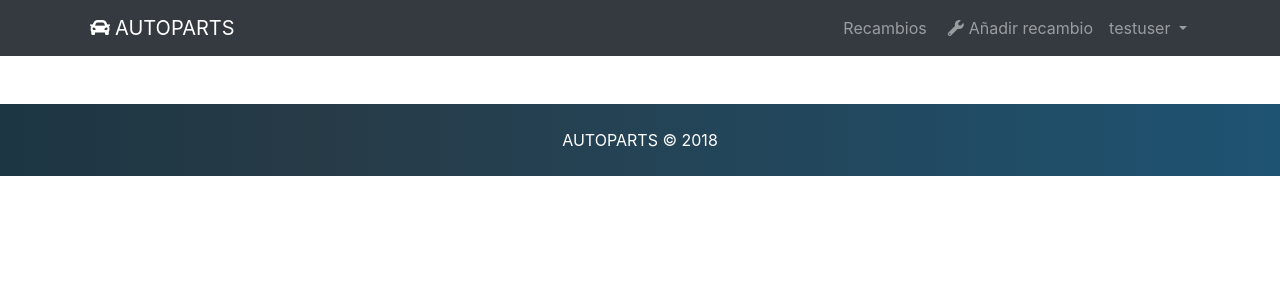
Repository: VictorinoBF97/ProjectPHP
Page: http://localhost/project/my_lists/index.php
The author's editor kept a copy of each file at every save. The page is drawn from the files as they stood at one save, then again after a run of saves.
The browser window is 1280 px wide. The pictures show the whole page.
Some icons come from a web library that is not loaded, so they are not drawn. Some web libraries are served in a nearby version. The page is run by PHP 8.4 with error messages shown; the project is at /var/www/html/. The session is filled in as if someone had signed in: {"usuario": {"id": 1, "_id": "000000000000000000000001", "name": "Test User", "username": "testuser", "email": "test@example.com", "role": "admin"}}. Other server files are loaded and not shown. Queries for data that is not in the repository find no rows.

Above is the page before, as saved 2018-11-28 17:04:27.

### my_lists/index.php
<?php
require_once '../setup.php';
require_once '../database/conexion.php';
require_once '../database/helpers.php';

// Comprobar que la sesión está creada
if ( empty($_SESSION) ){
    header("Location: ".BASE_URL.'login');
    die();
}

$user_id = $_SESSION['usuario']['id'];
$sql_lists = "SELECT * FROM lists WHERE user_id = $user_id";
$result_lists = mysqli_query($db, $sql_lists);
require_once 'my_lists.view.php';

### setup.php
<?php
define('BASE_URL', $_SERVER['REQUEST_SCHEME']."://".$_SERVER['HTTP_HOST']."/".'project/');
define('BASE_PATH', __DIR__);

// Conexión a la BD
define('DB_HOST', "localhost");
define('DB_USER', "root");
define('DB_PASS', "");
define('DB_NAME', "projectdb");

// Iniciar Sesión
session_start();

?>

### database/conexion.php
<?php
//Recibe un servidor, el usuario,contraseña
$db = mysqli_connect(DB_HOST, DB_USER, DB_PASS, DB_NAME);

// if(mysqli_connect_errno()){
//     die("No hemos realizado correctamente la conexión a la BD");
// }else{
//     die("La conexión ha sido un éxito Houston");
// }


mysqli_query($db, "SET NAMES 'utf8'"); //Lanza una consulta
?>

### database/helpers.php
<?php
/**
 * Función que guarda información sobre el resultado
 * de los logins en la aplicación.
 */

function guardarLogin($db, $username, $status){
    if (!empty($_SERVER['HTTP_CLIENT_IP']))   //check ip from share internet
    {
        $ip=$_SERVER['HTTP_CLIENT_IP'];
    }
    elseif (!empty($_SERVER['HTTP_X_FORWARDED_FOR']))   //to check ip is pass from proxy
    {
        $ip=$_SERVER['HTTP_X_FORWARDED_FOR'];
    }
    else
    {
        $ip=$_SERVER['REMOTE_ADDR'];
    }
    $browser = $_SERVER['HTTP_USER_AGENT'];
    $sql = "INSERT INTO logins VALUES(NULL, '$username', '$ip', '$browser', '$status', NOW())";
    $guardar_login = mysqli_query($db, $sql);
}

/**
 * Detect if a user owns a list.
 *
 * @param $db Database connection.
 * @param $user_id User id.
 * @param $list_id List id.
 */
function userOwnsList($db, $user_id, $list_id) {
    $sql = "SELECT * FROM lists WHERE id = $list_id AND user_id = $user_id LIMIT 1";
    $result = mysqli_query($db, $sql);
    if( mysqli_num_rows($result) == 0 ){
        return false;
    }
    return true;
}
/**
 * Detect if a item belongs to a list.
 *
 * @param $db Database connection.
 * @param $item_id Item id.
 * @param $list_id List id.
 */
function itemBelongsToList($db, $item_id, $list_id) {
    $sql = "SELECT * FROM items WHERE id = $item_id AND list_id = $list_id LIMIT 1";
    $result = mysqli_query($db, $sql);
    if( mysqli_num_rows($result) == 0 ){
        return false;
    }
    return true;
}

### my_lists/my_lists.view.php
<?php
    require_once '../setup.php';
    require_once '../includes/header.php';
?>
<div class="container">
    <div class="offset-3 col-6 pt-4 pb-4">

    </div>
</div>
<?php require_once '../includes/footer.php'; ?>

### includes/header.php
<!doctype html>
<html lang="es">
  <head>
    <!-- Required meta tags -->
    <meta charset="utf-8">
    <meta name="viewport" content="width=device-width, initial-scale=1, shrink-to-fit=no">

    <!-- Bootstrap CSS -->
    <link rel="stylesheet" href="https://stackpath.bootstrapcdn.com/bootstrap/4.1.3/css/bootstrap.min.css" integrity="sha384-MCw98/SFnGE8fJT3GXwEOngsV7Zt27NXFoaoApmYm81iuXoPkFOJwJ8ERdknLPMO" crossorigin="anonymous">
    <link rel="stylesheet" href="https://use.fontawesome.com/releases/v5.5.0/css/all.css" integrity="sha384-B4dIYHKNBt8Bc12p+WXckhzcICo0wtJAoU8YZTY5qE0Id1GSseTk6S+L3BlXeVIU" crossorigin="anonymous">
    <link rel="stylesheet" href="<?=BASE_URL?>css/style.css">

    <title>Autoparts</title>

  </head>

  <body>
  <!-- Header -->
  <nav class="navbar navbar-expand-lg navbar-dark bg-dark">
    <div class="container">
      <a class="navbar-brand" href="<?=BASE_URL?>">
      <i class="fas fa-car"></i>AUTOPARTS
      </a>
  <button class="navbar-toggler" type="button" data-toggle="collapse" data-target="#navbarSupportedContent" aria-controls="navbarSupportedContent" aria-expanded="false" aria-label="Toggle navigation">
    <span class="navbar-toggler-icon"></span>
  </button>

  <div class="collapse navbar-collapse" id="navbarSupportedContent">
    <ul class="navbar-nav ml-auto">
      <?php if (!isset($_SESSION['usuario']) ): ?>
      <li class="nav-item">
          <a class="nav-link" href="<?=BASE_URL?>login"><i class="fas fa-sign-in-alt"></i>Iniciar Sesión</a>
      </li>
        <li class="nav-item">
          <a class="nav-link link-important" href="http://127.0.0.1/project/register"><i class="fas fa-user-plus"></i>Crear Cuenta</a>
        </li>
      <?php else:?>
        <ul class="navbar-nav mr-auto">
        <li class="nav-item">
          <a class="nav-link" href="<?=BASE_URL?>my_lists"><i class="fa fa list"></i>Recambios <span class="sr-only">(current)</span></a>
        </li>
        <li class="nav-item">
          <a class="nav-link" href="<?=BASE_URL?>create_list"><i class="fas fa-wrench"></i>Añadir recambio</a>
        </li>
        </ul>

         <ul class="navbar-nav ml-auto">
                  <li class="nav-item dropdown">
                      <a class="nav-link dropdown-toggle" href="#" id="navbarDropdown" role="button" data-toggle="dropdown">
                          <?=$_SESSION['usuario']['username']?>
                      </a>
                      <div class="dropdown-menu" aria-labelledby="navbarDropdown">
                        <a class="dropdown-item" href="<?=BASE_URL?>profile"><i class="fas fa-user"></i> Perfil</a>
                          <div class="dropdown-divider"></div>
                            <a class="dropdown-item" href="<?=BASE_URL?>logout"><i class="fas fa-sign-out-alt"></i>Cerrar Sesión</a>
                        </div>
                    </li>
            <?php endif; ?>
      </ul>
    </div>
  </div>
</nav>
<!-- End Header -->

### includes/footer.php
<footer id="footer" class="pb-4 pt-4">
    <div class="container">
        <div class="row text-center">
            <div class="col-12 col-lg">
                AUTOPARTS &copy; 2018
            </div>
        </div>
    </div>
</footer>

<!-- Optional JavaScript -->
    <!-- jQuery first, then Popper.js, then Bootstrap JS -->
    <script src="https://code.jquery.com/jquery-3.3.1.slim.min.js" integrity="sha384-q8i/X+965DzO0rT7abK41JStQIAqVgRVzpbzo5smXKp4YfRvH+8abtTE1Pi6jizo" crossorigin="anonymous"></script>
    <script src="https://cdnjs.cloudflare.com/ajax/libs/popper.js/1.14.3/umd/popper.min.js" integrity="sha384-ZMP7rVo3mIykV+2+9J3UJ46jBk0WLaUAdn689aCwoqbBJiSnjAK/l8WvCWPIPm49" crossorigin="anonymous"></script>
    <script src="https://stackpath.bootstrapcdn.com/bootstrap/4.1.3/js/bootstrap.min.js" integrity="sha384-ChfqqxuZUCnJSK3+MXmPNIyE6ZbWh2IMqE241rYiqJxyMiZ6OW/JmZQ5stwEULTy" crossorigin="anonymous"></script>

    </body>
</html>

### css/style.css
#footer {
    background: linear-gradient(90deg, #1c3643, #273b47 25%, #1e5372);
    color: white;
}

#footer a {
    color: white;
}

#header img {
    width: 80px;
}

#my_lists {
    padding:10px 0;
}

#card_list {
    margin: 10px 0;
}

p.card-text {
    height: 50px;
}

.link-important {
    color: #97c983 !important;
}

i {
    margin: 0 5px;
}

After the next 3 saves:
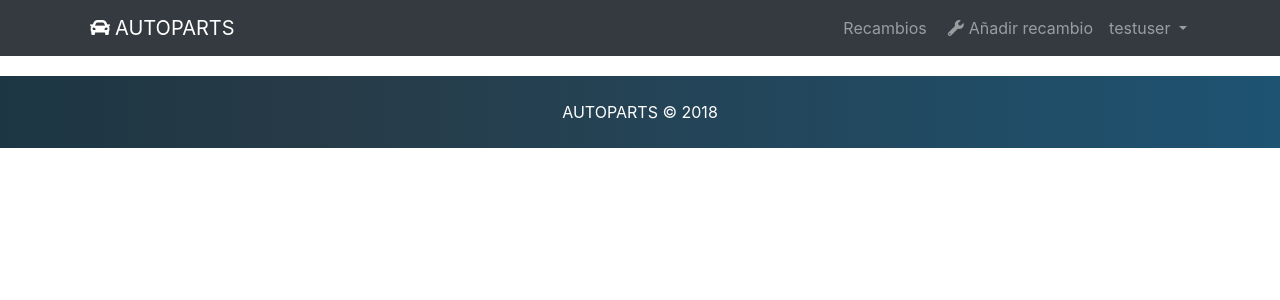
The 3 saves are shown as one change because they came seconds apart.
The last was saved 86 s later.
--- a/my_lists/my_lists.view.php
+++ b/my_lists/my_lists.view.php
@@ -2,9 +2,22 @@
     require_once '../setup.php';
     require_once '../includes/header.php';
 ?>
+
 <div class="container">
-    <div class="offset-3 col-6 pt-4 pb-4">
+    <div id="my_lists" class="row">
+    <?php while($list = mysqli_fetch_assoc($result_lists)): ?>
+        <div class="col-sm">
+            <div id="card_list" class="card" style="width: 18rem;">
+                <div class="card-body">
+                    <h5 class="card-title"><?=$list['name']?></h5>
+                    <p class="card-text"><?=$list['description']?></p>
+                    <a href="<?=BASE_URL?>list/?id=<?=$list['id']?>" class="card-link btn btn-primary">Ver lista</a>
+                    <a href="<?=BASE_URL?>delete_list/?id=<?=$list['id']?>" class="card-link float-right btn btn-danger">Borrar Lista</a>
+                </div>
+            </div>
+        </div>
+    <?php endwhile; ?>
+</div>
+</div>
 
-    </div>
-</div>
 <?php require_once '../includes/footer.php'; ?>
